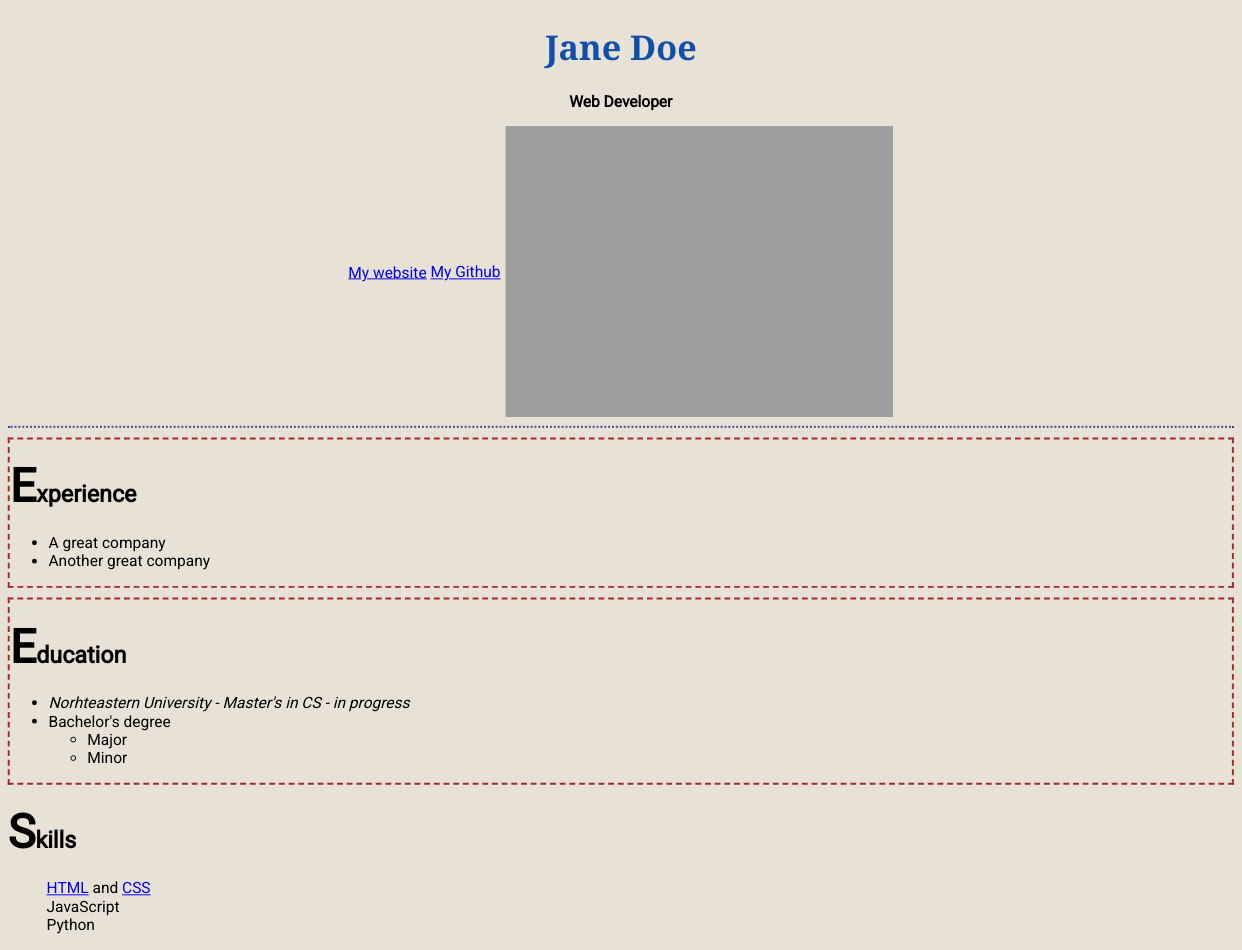
Repository: liulian26/CS5610
Page: week3/index.html
These files come from the project's save history. The page is drawn as it stood at one moment and after the next save; the edit follows.
The browser window is 1280 px wide. The pictures show the whole page, at 97% of full size.
Pictures or frames that could not be fetched are drawn as grey boxes.

Above is the page before, as saved 2025-01-23 12:47:25.

After the next save:
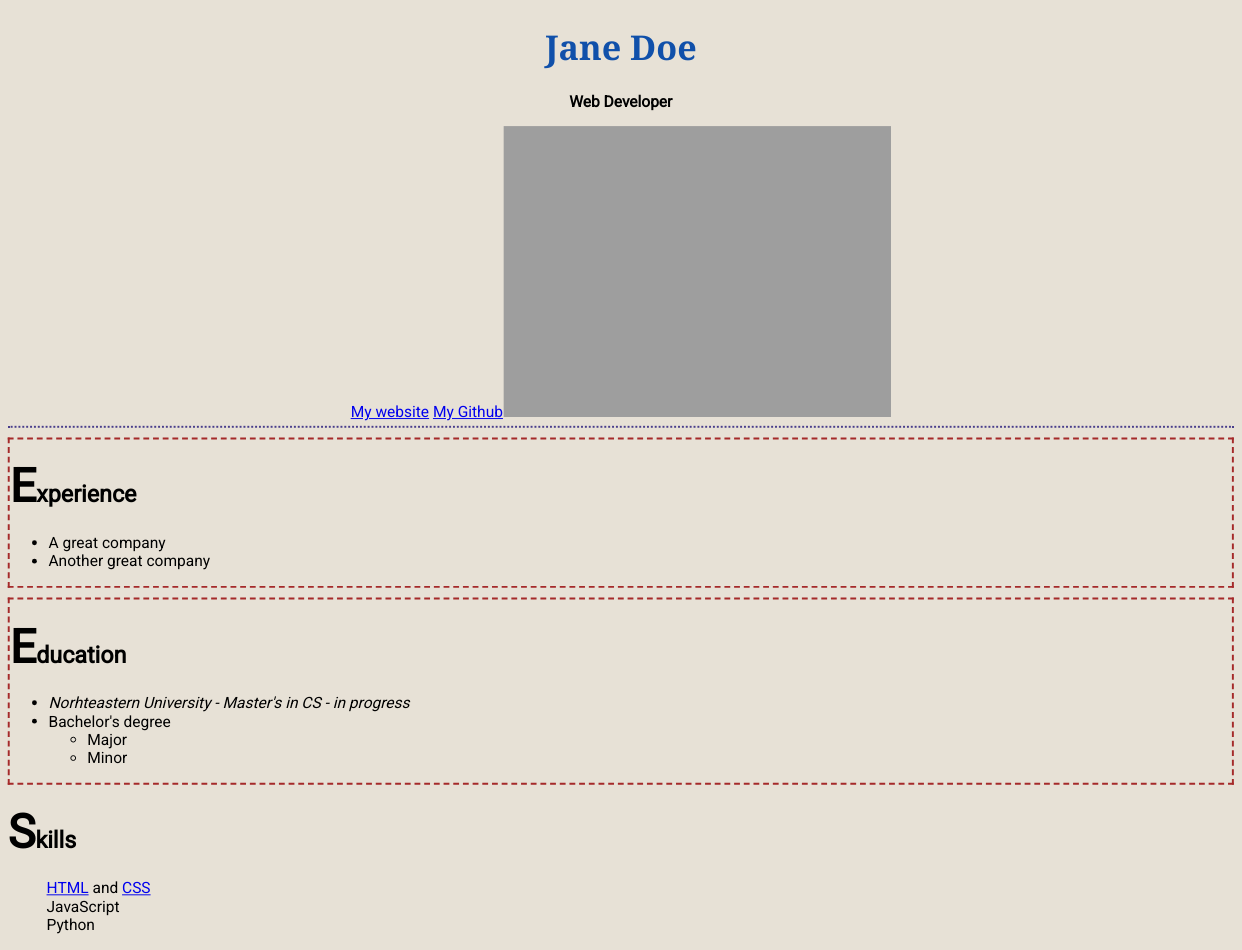
Saved 5 min 23 s later.
--- a/week3/css/styles.css
+++ b/week3/css/styles.css
@@ -11,7 +11,7 @@
     font-weight: bold;
 }
 
-header h1 {
+h1 {
     color: #1050aa;
     font-family: Georgia, 'Times New Roman', Times, serif;
     font-size: 2.2em;
@@ -39,8 +39,6 @@
 
 a[href*="github"]::after {
     content: url(./images/GitHub-Mark-32px.png);
-    margin-left: 5px;
-    vertical-align: middle;
 }
 
 h2::first-letter {

After the save that followed:
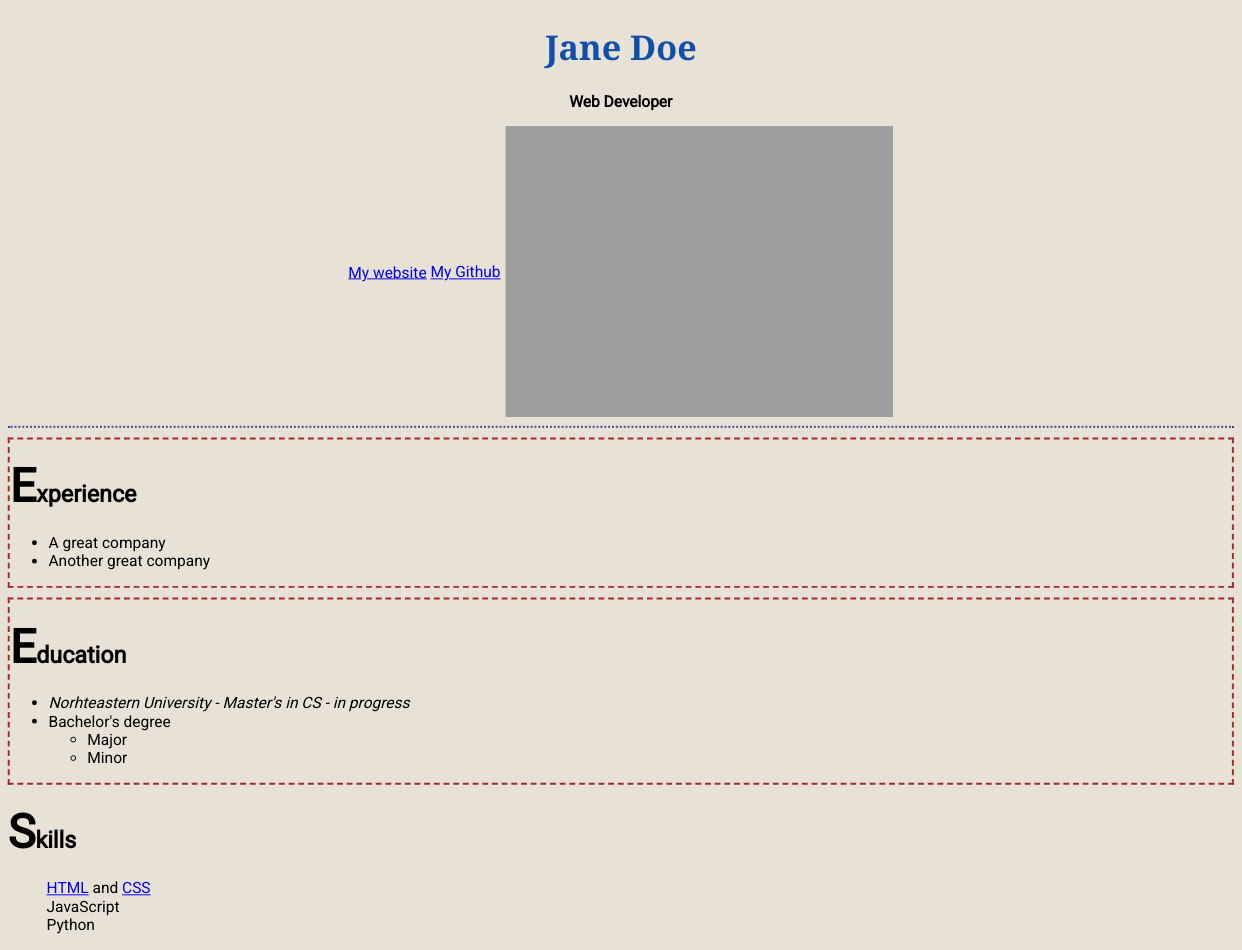
Saved 23 s later.
--- a/week3/css/styles.css
+++ b/week3/css/styles.css
@@ -39,6 +39,8 @@
 
 a[href*="github"]::after {
     content: url(./images/GitHub-Mark-32px.png);
+    margin-left: 5px;
+    vertical-align: middle;
 }
 
 h2::first-letter {
